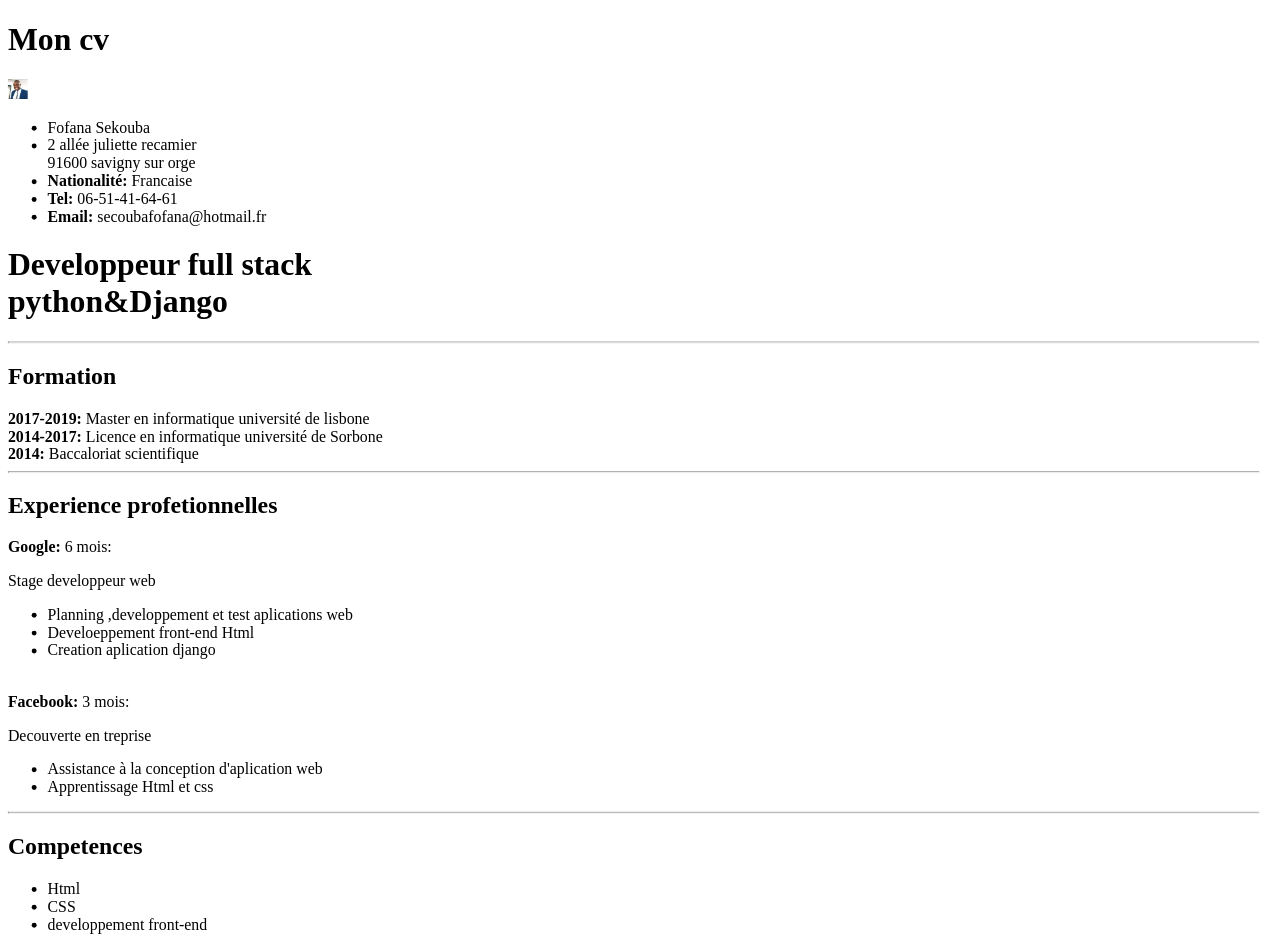
Repository: lamdakara/cv-html
Page: index.html
These files come from the project's save history. The page is drawn as it stood at one moment and after the next save; the edit follows.
The browser window is 1280 px wide. The pictures show the whole page, at 99% of full size.
Some web libraries are served in a nearby version.

Above is the page before, as saved 2023-08-26 13:37:35.

After the next save:
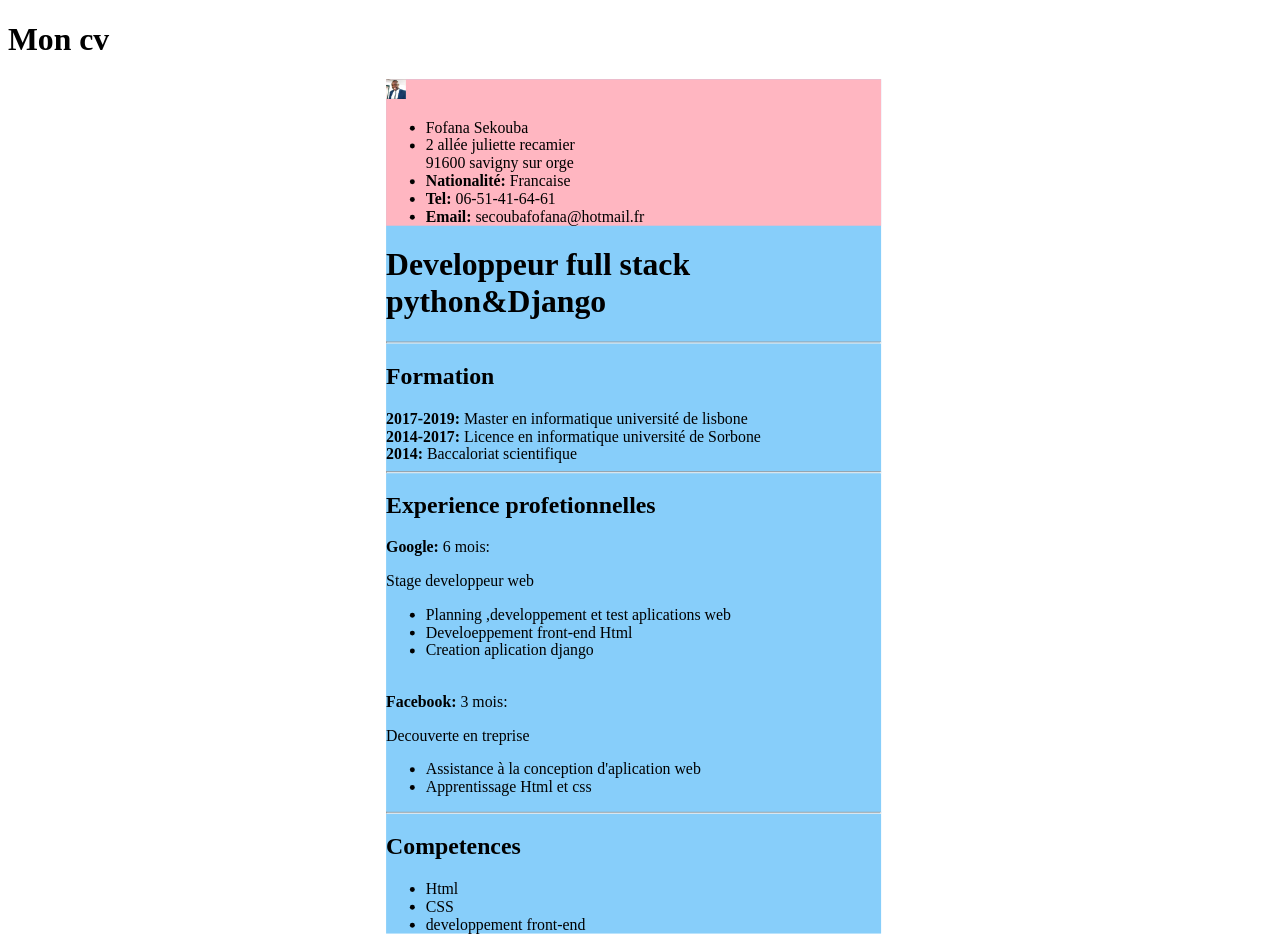
Saved 3 min 17 s later.
--- a/index.html
+++ b/index.html
@@ -9,10 +9,10 @@
 </head>
 <body>
     <h1>Mon cv</h1>
-    <div class="contenue">
-    <div>
+    <div class="contenu">
+    <div class="details">
         <img src="profil.jpg/1661794008238.jpg" alt="image de profil">
-    <ul>
+    <ul class="liste-details">
         <li>Fofana Sekouba</li>
         <li>2 allée juliette recamier <br>91600 savigny sur orge </li>
         <li><strong>Nationalité:</strong> Francaise</li>
@@ -24,7 +24,7 @@
     <h1>Developpeur full stack  <br> python&Django</h1>
 
     <hr>
-    <div>
+    <div class="cv-section">
     <h2>Formation</h2>
     <strong>2017-2019:</strong>
     <span>Master en informatique université de lisbone</span>
@@ -40,7 +40,7 @@
     <span>Baccaloriat scientifique</span>
 
     </div>
-    <div>
+    <div class="cv-section">
     <hr>
     <div>
     <h2>Experience profetionnelles</h2>
@@ -65,7 +65,7 @@
 
     </ul>
 
- <div>
+ <div class="cv-section">
     <hr>
 
     <h2>Competences</h2>
